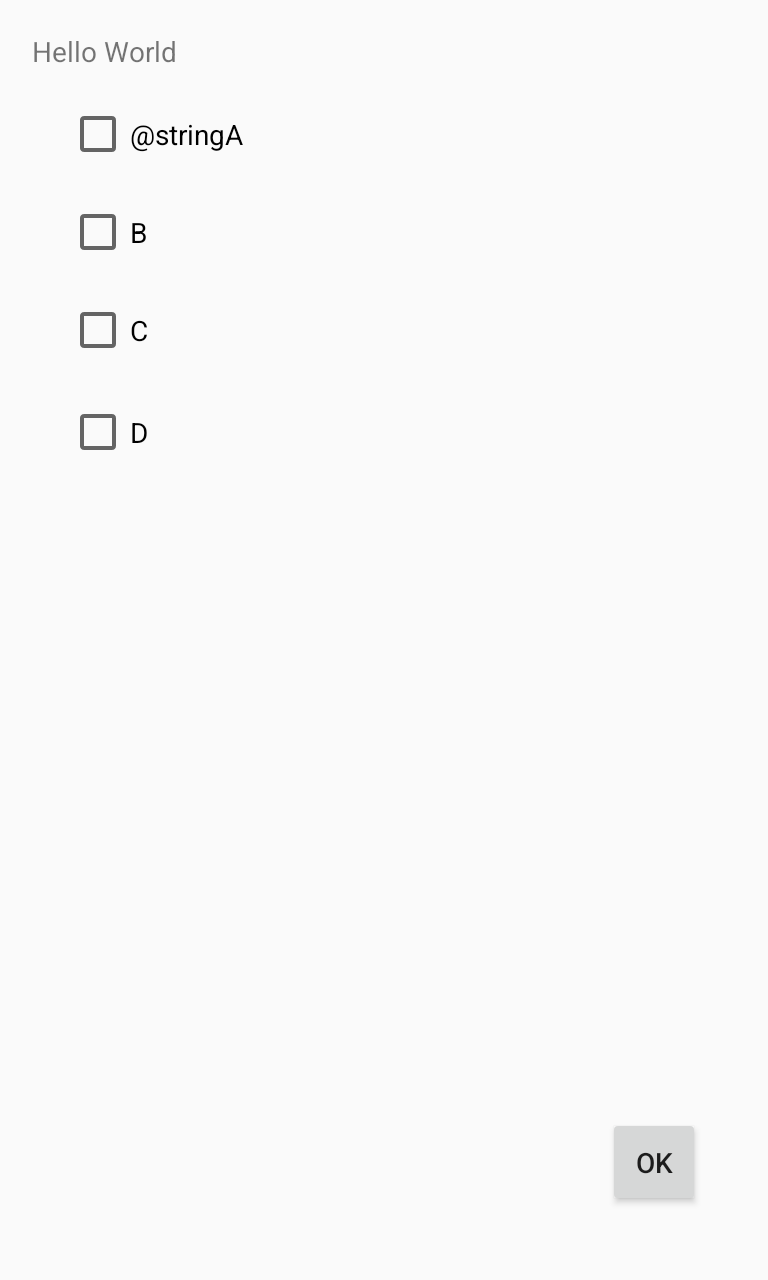
Repository: abhinav-kr/CognitiveAssistanceOnGoogleGlass
Layout: gabriel-android-glass/first-project/res/layout/activity_main.xml
An editor plug-in stored every save of this project. The layout is shown before and after the next save, followed by the edit.
It is drawn on a 768 x 1280 px phone screen (xhdpi) without system bars, with theme AppTheme; the app's code is not run.

Above is the layout before, as saved 2014-09-12 18:02:21.

### gabriel-android-glass/first-project/res/layout/activity_main.xml
<RelativeLayout xmlns:android="http://schemas.android.com/apk/res/android"
    xmlns:tools="http://schemas.android.com/tools"
    android:layout_width="match_parent"
    android:layout_height="match_parent"
    android:paddingBottom="@dimen/activity_vertical_margin"
    android:paddingLeft="@dimen/activity_horizontal_margin"
    android:paddingRight="@dimen/activity_horizontal_margin"
    android:paddingTop="@dimen/activity_vertical_margin"
    tools:context="com.example.first_project.MainActivity" >

    <TextView
        android:id="@+id/textView1"
        android:layout_width="wrap_content"
        android:layout_height="wrap_content"
        android:text="Hello World" />

    <Button
        android:id="@+id/button1"
        style="?android:attr/buttonStyleSmall"
        android:layout_width="wrap_content"
        android:layout_height="wrap_content"
        android:layout_alignParentBottom="true"
        android:layout_alignParentRight="true"
        android:layout_marginBottom="19dp"
        android:layout_marginRight="17dp"
        android:text="OK" />

    <CheckBox
        android:id="@+id/checkBox1"
        android:layout_width="wrap_content"
        android:layout_height="wrap_content"
        android:layout_alignLeft="@+id/textView1"
        android:layout_below="@+id/textView1"
        android:layout_marginLeft="17dp"
        android:layout_marginTop="16dp"
        android:text="@stringA" />

    <CheckBox
        android:id="@+id/checkBox2"
        android:layout_width="wrap_content"
        android:layout_height="wrap_content"
        android:layout_alignLeft="@+id/checkBox1"
        android:layout_below="@+id/checkBox1"
        android:layout_marginTop="17dp"
        android:text="B" />

    <CheckBox
        android:id="@+id/checkBox3"
        android:layout_width="wrap_content"
        android:layout_height="wrap_content"
        android:layout_alignLeft="@+id/checkBox2"
        android:layout_below="@+id/checkBox2"
        android:layout_marginTop="17dp"
        android:text="C" />

    <CheckBox
        android:id="@+id/checkBox4"
        android:layout_width="wrap_content"
        android:layout_height="wrap_content"
        android:layout_alignLeft="@+id/checkBox3"
        android:layout_below="@+id/checkBox3"
        android:layout_marginTop="19dp"
        android:text="D" />

</RelativeLayout>

Loaded but not shown: gabriel-android-glass/first-project/res/values/styles.xml (common file); gabriel-android-glass/first-project/res/values-v11/styles.xml (common file); gabriel-android-glass/first-project/res/values-v14/styles.xml (common file); gabriel-android-glass/first-project/res/values/dimens.xml (common file); gabriel-android-glass/first-project/res/values-w820dp/dimens.xml (common file)

After the next save:
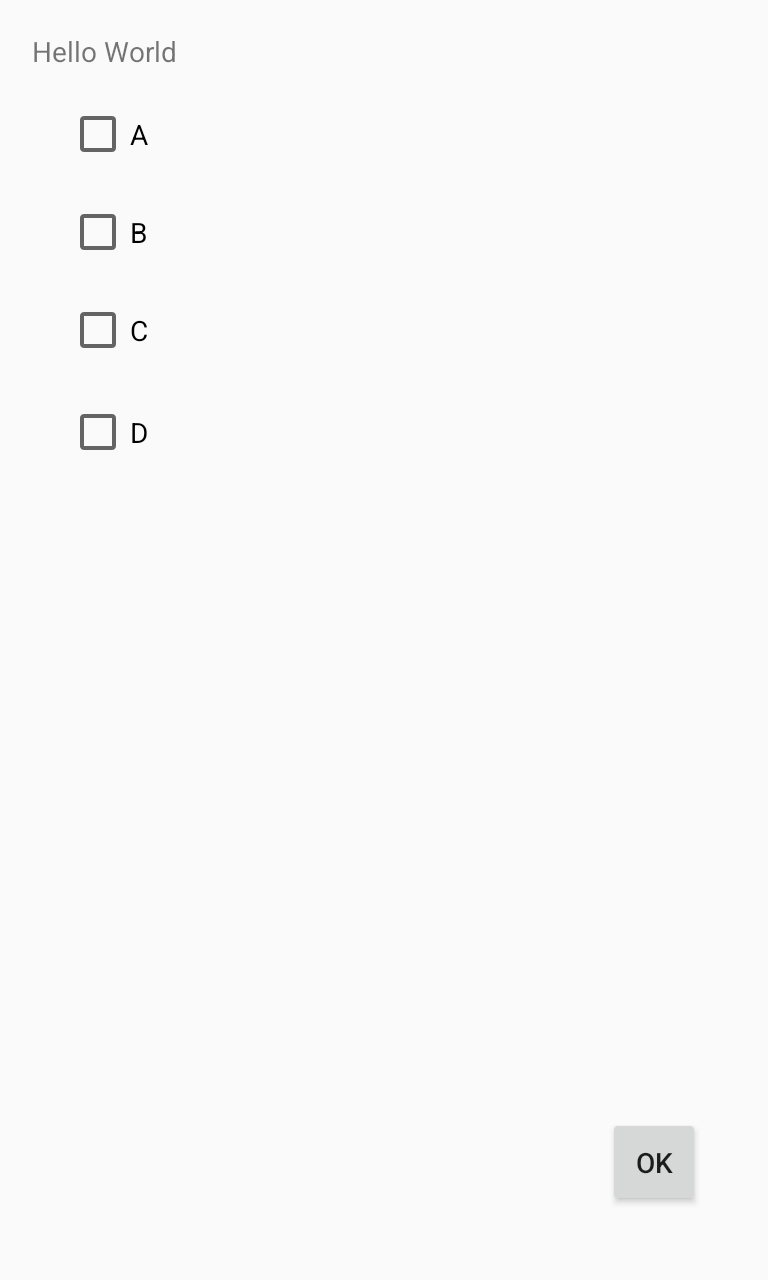
Saved 14 s later.
--- a/gabriel-android-glass/first-project/res/layout/activity_main.xml
+++ b/gabriel-android-glass/first-project/res/layout/activity_main.xml
@@ -33,7 +33,7 @@
         android:layout_below="@+id/textView1"
         android:layout_marginLeft="17dp"
         android:layout_marginTop="16dp"
-        android:text="@stringA" />
+        android:text="A" />
 
     <CheckBox
         android:id="@+id/checkBox2"
